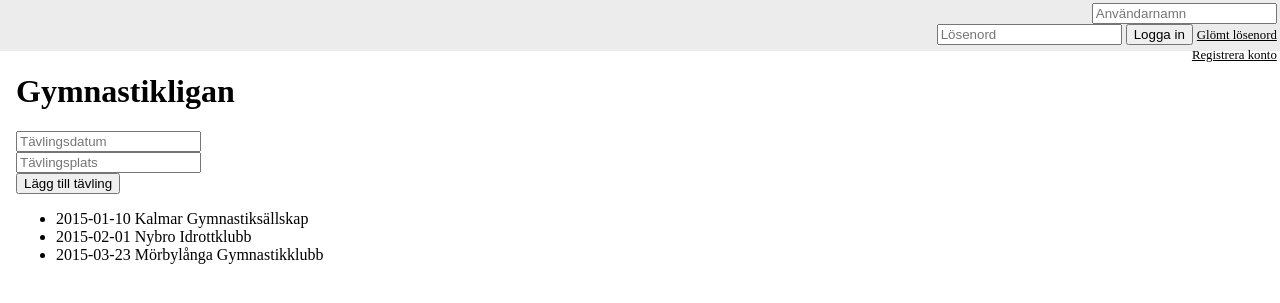
Repository: CarroForslund/laboration3-1dv404
Page: index.html
The author's editor kept a record of every edit. The page is drawn from the files as they stood at one moment, then again after the next edit.
The browser window is 1280 px wide. The pictures show the whole page.

Above is the page before.

### index.html
<!DOCTYPE html>
<html lang="sv">
<head>
	<meta charset="UTF-8" />
 	<title>Gymnastikligan</title>
 	<link rel="stylesheet" href="style.css">
 	<script src="script.js"></script>
</head>
    <body>
        <div id="wrapper">
            <div id="login-menu">
                <form>
                    <input type="textarea" id="username" name="username" placeholder="Användarnamn"/>
                    <input type="textarea" id="password" name="password" placeholder="Lösenord"/>
                    <input type="submit" id="submit" name="send" value="Logga in"/>
                    <a href="forgotten.html" class="small">Glömt lösenord</a>
                    <a href="register.html" class="small">Registrera konto</a>
                </form>

            </div>
            <div id= "main">
                <h1>Gymnastikligan</h1>
                <form action="get">
                    <input id="addCompetition" class="hidden" type="submit" value="Skapa ny tävling" />
                </form>
                <div id="newCompetition">
                    <form>
                        <input type="textarea" id="date" name="date" placeholder="Tävlingsdatum"/><br />
                        <input type="textarea" id="location" name="location" placeholder="Tävlingsplats"/><br />
                        <input type="submit" id="add" name="add" value="Lägg till tävling"/>
                    </form>
                </div>
                <ul id="competitions">
                    <li>2015-01-10 Kalmar Gymnastiksällskap</li>
                    <li>2015-02-01 Nybro Idrottklubb</li>
                    <li>2015-03-23 Mörbylånga Gymnastikklubb</li>
                </ul>
            </div>

        </div>
    </body>
</html>

### style.css
body {
    margin: 0 0 0 0;
}

#main {
    padding: 0 1em;
}

#login-menu {
    height: 45px;
    background-color: #ECECEC;
    margin: 0;
    padding: 0.2em;
    text-align: right;
}

#login-menu form {
    width: 350px;
    float: right;
}

.hidden {
    display: none;
}

.small {
    font-size: 0.8em;
}

a {
    color: #000;
}

### script.js
"use strict";
var Login = function(username, password){
	var username = document.getElementById("username");
	var password = document.getElementById("password");
	var submit = document.querySelector("#submit");
	var admin = "admin";
	var secret = "password";

	submit.addEventListener("click", function(e){
		e.preventDefault();
		username = username.value;
		password = password.value;
		console.log(typeof(username));
		console.log(username);

		//Om användarnamn och lösenord är rätt skickas man vidare till
		//administratörspanelen via Admin() efter man fått ett bekräftelsemeddelande
		if (username === admin && password === secret){
			LoginSuccess("Du är inloggad som admin");
		    return true;
		}
		//Om lösenordet är felaktigt meddelas detta och inloggningen misslyckas
		else if (username === admin && password != secret) {
			LoginFail("Oops! Fel lösenord");
		    return false;
		}
		//Om användarnamnet är felaktigt meddelas detta och inloggningen misslyckas
		else if (username != admin && password === secret) {
			LoginFail("Oops! Fel användarnamn");
		}
		//Om både användarnamn och lösenord är felaktioga meddelas detta och
		//inloggningen misslyckas
		else if (username != admin && password != secret) {
			LoginFail("Oops! Fel användarnamn och lösenord");
		}
		else {
		    console.log("Oops! Ett oväntat fel inträffade");
		}
	});
};

var LoginSuccess = function(message){
	console.log(message);
    Admin();
};

var LoginFail = function(message){
	console.log(message);
};

//Funktion som genererar administratörsgränssnittet och som anropas av
//LogIn() när användaren matat in rätt inloggningsuppgifter
//Knappen skapa tävling visas
var Admin = function(){
	console.log("Hello Admin!");
	var addCompetition = document.getElementById("addCompetition");
	addCompetition.removeAttribute("class", "hidden");
	addCompetition.addEventListener("click", function(e){
		e.preventDefault();
		addCompetition.setAttribute("class", "hidden");
		AddCompetition();
	});
};

//När användaren klickat på att skapa ny tävling hämtas formuläret
//där användaren kan mata in tävlingsuppgifterna
var AddCompetition = function(){
	var newCompetition = document.getElementById("newCompetition");
	var add = document.getElementById("add");
	newCompetition.removeAttribute("class", "hidden");
	add.addEventListener("click", function(e){
		Admin.addCompetition.removeAttribute("class", "hidden");
		newCompetition.setAttribute("class", "hidden");
	});
};

window.onload = function(){
	Login();
};

After the next edit:
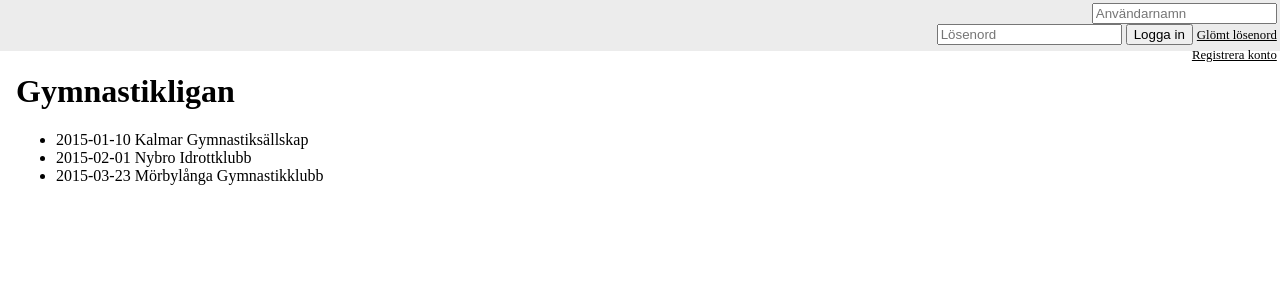
The edit:
--- a/index.html
+++ b/index.html
@@ -23,7 +23,7 @@
                 <form action="get">
                     <input id="addCompetition" class="hidden" type="submit" value="Skapa ny tävling" />
                 </form>
-                <div id="newCompetition">
+                <div id="newCompetition" class="hidden">
                     <form>
                         <input type="textarea" id="date" name="date" placeholder="Tävlingsdatum"/><br />
                         <input type="textarea" id="location" name="location" placeholder="Tävlingsplats"/><br />
